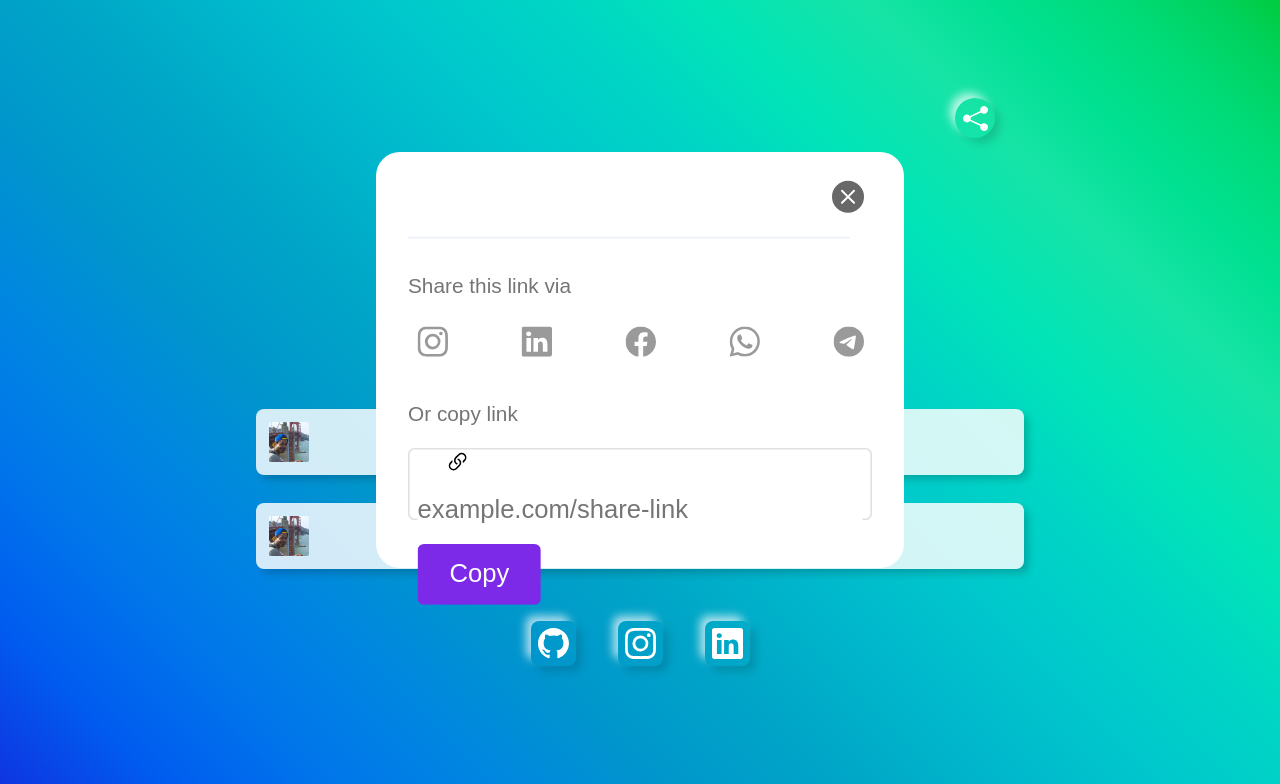
Repository: MateLaDBrouille97/linktree
Page: /
The author's editor kept a copy of each file at every save. The page is drawn from the files as they stood at one save, then again after the next save.
The browser window is 1280 px wide. The pictures show the whole page.
The project was rebuilt for these pictures with package versions that can differ from the ones it lists, and the page was loaded fresh each time. The framework's server and built-in components were replaced by stand-ins that run in the browser. Also part of the build but not shown: next.config.js, styles/Home.module.css, styles/scrollup.css.

Above is the page before, as saved 2023-01-24 02:19:23.

### app/layout.tsx
"use client";

import '@/styles/globals.css'
import '../styles/Home.module.css';
import '../styles/scrollup.css';
import '../styles/home.css';
import '../styles/socials.css';
import '../styles/share.css';
import ScrollDow from '../components/ScrollDow';
import ScrollUp from '../components/scrollup/ScrollUp'

export default function RootLayout({
    children,
  }: {
    children: React.ReactNode;
  }) {
    return (
      <html lang="en">
        <body>{children}</body>
        {/* <ScrollDow/> */}
        {/* <ScrollUp/> */}
      </html>
    );
  }

### app/page.tsx
"use client";

import Image from "next/image";
import data from "data.json";
import image from "../public/ManuelTL2.jpg";
import image1 from "../public/ManuelTL2.jpg";
import { useEffect, useState } from "react";
import Socials from "../components/Socials";
import Share from "@/components/Share";

function LinkCard({
  href,
  title,
  image,
}: {
  href: string;
  title: string;
  image?: string;
}) {
  return (
    <a
      href={href}
      className="flex items-center p-3 w-full rounded-lg hover:scale-105 transition-all bg-gray-100 mb-3 -mt-2 max-w-3xl home__linkcard-box"
    >
      <div className="flex text-center w-full home__linkcard-card">
        <div className="w-10 h-10 home__linkcard-img">
          {image1 && (
            <Image
              className="rounded-sm"
              alt={data.name}
              src={image1}
              width={40}
              height={40}
            />
          )}
        </div>
        <h2 className="flex justify-center items-center font-semibold w-full text-gray-700 -ml-10 home__linkcard-title">
          {title}
        </h2>
      </div>
    </a>
  );
}

export default function Home() {
  /*==================== Toggle Menu ====================== */
  const [toggle, showMenu] = useState(false);
  const [activeNav, setActiveNav] = useState("#home");

  /* +++++++++++++++++++++++++++++++++++++++++++++++++ */
  // const { dbUser, image } = useUserContext();

  // const breakpoints = (width) => {
  //   if (width < 640) {
  //     return "xs";
  //   } else if (width >= 640 && width < 768) {
  //     return "sm";
  //   } else if (width >= 768 && width < 1024) {
  //     return "md";
  //   } else if (width >= 1024) {
  //     return "lg";
  //   }
  // };

  // const [breakpoint, setBreakpoint] = useState(() =>
  //   breakpoints(typeof window !== "undefined" && window.innerWidth)
  // );

  useEffect(() => {
    if (toggle) {
      // const calcInnerWidth = function () {
      //   setBreakpoint(breakpoints(window.innerWidth));
      // };
      // window.addEventListener("resize", calcInnerWidth);
      window.addEventListener("scroll", function () {
        const header = this.document.querySelector(".header");
        //scroll higher than 200 viewport height
        //add scroll header class to a tag with the scroll-top
        if (this.scrollY >= 80) header?.classList.add("scroll-header");
        else header?.classList.remove("scroll-header");
      });
    }
  }, []);

  useEffect(() => {
    showMenu(true);
  }, []);

  return (
    <div className="flex items-center flex-col mx-auto w-full justify-center mt-16 px-8 ">
      <Share/>
      <a
        href="#home"
        onClick={() => setActiveNav("#home")}
        // className={
        //   activeNav === "#home" ? "nav__logo active-link" : "nav__logo"
        // }
      >
        <Image
          className="rounded-full"
          alt={data.name}
          src={image}
          width={96}
          height={96}
        />
      </a>

      <h1 className="font-semibold mt-4 mb-8 text-xl" style={{color:"white"}}>{data.name}</h1>
      <h3 className="home__description" style={{color:"white"}}>{data.small_description}</h3>

      <div className="grid place-items-center w-full mt-2">
        {data.links.map((link) => (
          <LinkCard key={link.href} {...link} />
        ))}
      </div>

      <div className="gap-3 items-center flex mt-10">
        {data?.socials?.map((social) => {
         return(

          <Socials title={social?.title} key={social?.href} />
          )
        })}
      </div>
    </div>
  );
}

### styles/globals.css
@tailwind base;
@tailwind components;
@tailwind utilities;

body{
  height:100vh;
  background-image: linear-gradient(
  45deg,
  hsl(229deg 88% 47%) 0%,
  hsl(217deg 100% 47%) 8%,
  hsl(210deg 100% 46%) 16%,
  hsl(204deg 100% 44%) 24%,
  hsl(196deg 100% 40%) 32%,
  hsl(190deg 100% 39%) 41%,
  hsl(186deg 100% 40%) 49%,
  hsl(181deg 100% 40%) 57%,
  hsl(175deg 100% 42%) 65%,
  hsl(168deg 99% 45%) 72%,
  hsl(162deg 82% 49%) 80%,
  hsl(159deg 100% 44%) 86%,
  hsl(153deg 100% 43%) 92%,
  hsl(146deg 100% 41%) 97%,
  hsl(138deg 100% 40%) 100%
);
}

@import  url('https://api.iconify.design/material-symbols/arrow-upward.svg');

/*=============== GOOGLE FONTS ===============*/
@import url("https://fonts.googleapis.com/css2?family=Poppins:wght@400;500;600&display=swap");

/*=================== NEXT.JS ================*/

html,
body {
  padding: 0;
  margin: 0;
  font-family: -apple-system, BlinkMacSystemFont, Segoe UI, Roboto, Oxygen,
    Ubuntu, Cantarell, Fira Sans, Droid Sans, Helvetica Neue, sans-serif;
}

h1 {
  font-size: 1.75rem;
}




/*=============== VARIABLES CSS ===============*/
:root {
  --header-height: 3rem;

  /*========== Colors ==========*/
  /*Color mode HSL(hue, saturation, lightness)*/
  --hue: 0;
  --sat: 0%;
  --title-color: hsl(var(--hue), var(--sat), 20%);
  --title-color-dark: hsl(var(--hue), var(--sat), 0%);
  --text-color: hsl(var(--hue), var(--sat), 46%);
  --body-color: hsl(var(--hue), var(--sat), 98%);
  --container-color: #fff;

  /*========== Font and typography ==========*/
  --body-font: "Poppins", sans-serif;

  /*.5rem = 8px | 1rem = 16px ...*/
  --big-font-size: 3.5rem;
  --h1-font-size: 2.75rem;
  --h2-font-size: 1.5rem;
  --h3-font-size: 1.25rem;
  --normal-font-size: 1rem;
  --small-font-size: 0.875rem;
  --smaller-font-size: 0.813rem;
  --tiny-font-size: 0.625rem;

  /*========== Font weight ==========*/
  --font-normal: 400;
  --font-medium: 500;
  --font-semi-bold: 600;

  /*========== Margenes Bottom ==========*/
  /*.5rem = 8px | 1rem = 16px ...*/
  --mb-0-25: 0.25rem;
  --mb-0-5: 0.5rem;
  --mb-0-75: 0.75rem;
  --mb-1: 1rem;
  --mb-1-5: 1.5rem;
  --mb-2: 2rem;
  --mb-2-5: 2.5rem;
  --mb-3: 3rem;

  /*========== z index ==========*/
  --z-tooltip: 10;
  --z-fixed: 100;
  --z-modal: 1000;
}

/* Responsive typography */
@media screen and (max-width: 992px) {
  :root {
    --big-font-size: 2.75rem;
    --h1-font-size: 1.5rem;
    --h2-font-size: 1.25rem;
    --h3-font-size: 1rem;
    --normal-font-size: 0.938rem;
    --small-font-size: 0.813rem;
    --smaller-font-size: 0.75rem;
  }
}

/*=============== BASE ===============*/
* {
  margin: 0;
  padding: 0;
  box-sizing: border-box;
}

html {
  scroll-behavior: smooth;
}

body,
button,
input,
textarea {
  font-family: var(--body-font);
  font-size: var(--normal-font-size);
}

body {
  background-color: var(--body-color);
  color: var(--text-color);
}

h1,
h2,
h3 {
  color: var(--title-color);
  font-weight: var(--font-semi-bold);
}

ul {
  list-style: none;
}

a {
  text-decoration: none;
}

button {
  cursor: pointer;
  border: none;
  outline: none;
}

img {
  max-width: 100%;
  height: auto;
}

/*=============== REUSABLE CSS CLASSES ===============*/
.section {
  padding: 6rem 0 2rem;
}

.section__title {
  font-size: var(--h1-font-size);
  color: var(--title-color);
}

.section__subtitle {
  display: block;
  font-size: var(--normal-font-size);
  margin-bottom: 4rem;
}

.section__title,
.section__subtitle {
  text-align: center;
}

/*=============== LAYOUT ===============*/
.container {
  max-width: 968px;
  margin-left: auto;
  margin-right: auto;
}

.grid {
  display: grid;
  gap: 1.5rem;
}

/*=============== BUTTONS ===============*/
.button {
  display: inline-block;
  background-color:rgb(100, 189, 140);
  color: var(--container-color);
  padding: 1.25rem 2rem;
  border-radius: 1rem;
  font-weight: var(--font-medium);
}

.button:hover {
  background-color: rgb(81, 209, 138);
  color: var(--container-color);
}

.button__icon {
  margin-left: var(--mb-0-5);
}

.button--flex {
  display: inline-flex;
  align-items: center;

}




/*=============== BREAKPOINTS ===============*/
/* For large devices */
@media screen and (max-width: 992px) {
  .container {
    margin-left: var(--mb-1-5);
    margin-right: var(--mb-1-5);
  }

  .button {
    padding: 1rem 1.75rem;
  }

  .button__icon {
    width: 22px;
    height: 22px;
  }
}

/* For medium devices */
@media screen and (max-width: 768px) {
  body {
    margin: 0 0 var(--header-height) 0;
  }

  .section {
    padding: 2rem 0 4rem;
  }

  .section__subtitle {
    margin-bottom: var(--mb-3);
  }
}

@media screen and (max-width: 576px) {

}

/* For small devices */
@media screen and (max-width: 350px) {
  :root {
    --big-font-size: 2.25rem;
  }

  .container {
    margin-left: var(--mb-1);
    margin-right: var(--mb-1);
  }
}

### styles/home.css
.home__container{
    row-gap: 7rem;
}

.home__content{
    grid-template-columns: 116px repeat(2, 1fr);
    padding-top: 5.5rem;
    column-gap: 2rem;
    align-items: center;
}

.home__social{
    display:grid;
    grid-template-columns: max-content;
    row-gap: 1rem;
}

.home__social-icon{
    font-size:1.25rem;
    color: var(--title-color);
}

.home__social-icon:hover{
    color:rgb(165, 30, 75);
}



.home__social-icon:hover{
    color: var(--title-color-dark);
}

.home__title{
    font-size:var(--h1-font-size);
    margin-bottom:var(--mb-0-25);
}

.home__hand{
    width: 38px;
    height: 38px;
    margin-left: 0.4rem;
}

.home__subtitle{
    position: relative;
    font-size:var(--h3-font-size);
    padding-left: 5.4rem;
    font-weight: var(--font-normal);
    margin-bottom: var(--mb-1);
}

.home__subtitle::before{
    content:'';
    position:absolute;
    width: 70px;
    height:1px;
    background-color:var(--text-color);
    left:0;
    top:1rem;
}

.home__description{
    max-width:400px;
    margin-bottom: var(--mb-3);
    line-height: 1.7;
}

.home__linkcard-box{
    background-color: rgba(255, 255, 255, 0.829);
    border-color: whitesmoke;
    border-width: 3px;
    transition: transform 0.5s;
    box-shadow: 5px 5px 9px -1px rgba(0,0,0,0.2);

    border: 1px solid rgba(0,0,0,0);
    transition: transform 0.5s;
}

.home__linkcard-box:hover{
    box-shadow: 10px 10px 0px -1px rgba(0,0,0,0.15),
                1px 1px 0.5px  rgba(0,0,0,0.15),
                0px -12px 10px -10px  rgba(0,0,0,0.05);
     border: 1px solid   rgba(0,0,0,0.1);
    /* transform:translateY(-2px)  ;    */
}

.home__linkcard-box::after{
    transition: transform 0.5s;
}

.home__linkcard-box:hover::after .home__linkcard-title {
    transition: transform 0.7s;
}

.home__linkcard-box:hover::after .home__linkcard-img {
    transition: transform 0.7s;
}

.home__linkcard-box:hover .home__linkcard-title{
    transform:scale(1.05);
    transition: transform 0.5s;
}

.home__linkcard-box:hover .home__linkcard-img{
    transform:scale(1.15);
    transition: transform 0.5s;
}




.home__img{
/* background: url(../../assets/Mur.jpg); */
background-repeat: no-repeat;
background-position: center;
background-size: cover;
box-shadow: inset 0 0 0 9px rgb(255 255 255/30%);
order: 1;
justify-self: center;
width:375px ;
height: 350px;
animation: profile__animate 8s ease-in-out infinite 1s;
}

@keyframes profile__animate {
    0%{
        border-radius: 60% 40% 30% 70%/60% 30% 70% 40%;
    }

    50%{
        border-radius: 30% 60% 70% 40%/50% 60% 30% 60%;
    }

    100%{
        border-radius: 60% 40% 30% 70%/60% 30% 70% 40%;
    }
}

.home__scroll{
    position:fixed;
    left: 2.5rem;
    bottom: 3rem;
    /* opacity:0.8; */
    padding:0.3rem 0.5rem;
    border-radius:0.4rem;
    z-index: var(--z-tooltip);
    transition: .4s;
}


.wheel {
    animation: scroll 2s ease infinite;
}

@keyframes scroll{
    0% {
        transform: translateY(0);
    }
    30% {
        transform: translateY(3.7rem);
    }

}


.home__scroll-name{
    color: rgba(255, 255, 255, 0.829);
    font-weight: var(--font-medium);
    margin-right: var(--mb-0-25);
    margin-left: 2px;
}

.home__scroll-arrow{
    font-size: 1.25rem;
    color: rgba(255, 255, 255, 0.829);
}


/*=============== BREAKPOINTS ===============*/
/* For large devices */
@media screen and (max-width: 992px) {
    .home__content{
        grid-template-columns: 100px repeat(2, 1fr);
        column-gap: 1.25rem;

    }

    .home__hand{
        width:26px;
        height:26px;
    }

    .home__subtitle{
        padding-left: 3.75rem;
        margin-bottom: var(--mb-1);

    }

    .home__subtitle::before {
        width:42px;
        top:0.8rem;
    }

    .home__description{
        max-width: initial;
        margin-bottom: var(--mb-2-5);
    }

    .home__img{
        width:250px;
        height:250px;
        box-shadow:inset 0 0 0 8px rgb(255 255 255/30%)
    }

    .home__scroll{
        margin-left: 7.5rem;
    }



  }

  /* For medium devices */
  @media screen and (max-width: 768px) {
    .home__content{
        grid-template-columns: 0.5fr 3fr;
        padding-top: 3.5rem;
    }

    .home__img{
        order:initial;/* ordre d'apparition de l'element*/
        justify-self: initial;
        box-shadow: inset 0 0 0 9px rgb(255 255 255/30%);
        width:200px;
        height: 200px;
    }

    .home__data{
        grid-column:1/3;
    }

    .home__scroll{
        display:none;
    }


  }



  /* For small devices */
  @media screen and (max-width: 350px) {


    .home__img{

        width:180px ;
        height: 180px;
    }

    .home__hand{
        width:22px;
        height:22px;
    }


  }

### styles/socials.css
/* .social__link{
    color: var(--container-color);
    font-size: 1.125rem;
    padding: 0.4rem;
    border-radius:1.5rem;
    display: inline-flex;
} */
/*
.social__link:hover{
    background-color:rgba(44, 203, 224, 0.986);
} */

.social__link{
    display:flex;
    /* background-color: var(--container-color); */
    color: var(--container-color);
    height: 45px;
    width: 45px;
    margin: 0 15px;
    border-radius: 8px;
    align-items: center;
    justify-content:center;
    text-decoration: none;
    box-shadow: 6px 6px 10px -1px rgba(0,0,0,0.15),
                -6px -6px 10px -1px rgba(255,255,255,0.7);
    border: 1px solid   rgba(0,0,0,0);
    transition: transform 0.5s;
}

a svg {
    font-size: 38px;
    color: white;
    transition: transform 0.5s;
}


.social__link:hover{
    background-color: rgba(255, 255, 255, 0.829);
    box-shadow: inset 4px 4px 6px -1px rgba(0,0,0,0.2),
                inset -4px -4px 6px -1px rgba(255,255,255,0.7),
                -0.5px -0.5px 0px  rgba(255,255,255,1),
                0.5px 0.5px 0px  rgba(0,0,0,0.15),
                0px -12px 10px -10px  rgba(0,0,0,0.05);
    border: 1px solid   rgba(0,0,0,0.1);
    transform:translateY(2px)  ;
}


a:hover svg{
    transform: scale(1.10);
    fill: black;
    transition: transform 0.5s;
}

a:hover .bi-linkedin{
    fill:rgb(18, 83, 203) ;
    transform:scale(1.10);
    transition: transform 0.5s;
}

a:hover .bi-instagram{
    fill:#e64771;
    transform:scale(1.10);
    transition: transform 0.5s;
}

a:hover .bi-facebook{
    fill:#1b12d3;
    transform:scale(1.10);
    transition: transform 0.5s;
}

a:hover .bi-whatsapp{
    fill:#47e671;
    transform:scale(1.10);
    transition: transform 0.5s;
}


a:hover .bi-telegram{
    fill:#61cbe8;
    transform:scale(1.10);
    transition: transform 0.5s;
}


/*=============== BREAKPOINTS ===============*/
/* For large devices */
@media screen and (max-width: 992px) {


    .social__link:hover{

        box-shadow: inset 4px 4px 6px -1px rgba(0,0,0,0.2),
                    inset -4px -4px 6px -1px rgba(255,255,255,0.7),
                    -0.5px -0.5px 0px  rgba(255,255,255,1),
                    0.5px 0.5px 0px  rgba(0,0,0,0.15),
                    0px -12px 10px -10px  rgba(0,0,0,0.05);
        border: 1px solid   rgba(0,0,0,0.1);
        transform:translateY(2px)  ;
    }




  }

  /* For medium devices */
  @media screen and (max-width: 768px) {




  }



  /* For small devices */
  @media screen and (max-width: 350px) {





  }

### styles/share.css
/*          Share   Items  */

.share-link {
  display: flex;
  color: var(--container-color);
  height: 45px;
  width: 45px;
  margin: 0 15px;
  border-radius: 22px;
  align-items: center;
  justify-content: center;
  text-decoration: none;
  box-shadow: 6px 6px 10px -1px rgba(0, 0, 0, 0.15),
    -6px -6px 10px -1px rgba(255, 255, 255, 0.7);
  border: 1px solid rgba(0, 0, 0, 0);
  transition: transform 0.5s;
}

.share-link:hover {
  background-color: rgba(255, 255, 255, 0.829);
  box-shadow: inset 4px 4px 6px -1px rgba(0, 0, 0, 0.2),
    inset -4px -4px 6px -1px rgba(255, 255, 255, 0.7),
    -0.5px -0.5px 0px rgba(255, 255, 255, 1),
    0.5px 0.5px 0px rgba(0, 0, 0, 0.15),
    0px -12px 10px -10px rgba(0, 0, 0, 0.05);
  border: 1px solid rgba(0, 0, 0, 0.1);
  transform: translateY(2px);
}

/* .share-link .bi-share-fill{
    fill: white;
} */

.share-link:hover .bi-share-fill {
  fill: black;
  transform: scale(1.1);
  transition: transform 0.5s;
}

header {
  width: 95%;
  max-width: 788px;
  display: flex;
  justify-content: flex-end;
  padding: 12px;
  margin-top: 5px;
}

.share-button {
  width: 40px;
  height: 40px;
  border-radius: 20px;
  color: var(--container-color);
}

.share {
  width: 95%;
  max-width: 788px;
  display: flex;
  justify-content: flex-end;
  padding: 12px;
  margin-top: 5px;
  z-index: 10;
}

.modal-share {
  position: absolute;
  height: 260px;
  width: 330px;
  top: 50%;
  left: 50%;
  transform: translate(-50%, -50%) scale(1.6);
  background: var(--container-color);
  padding: 20px;
  border-radius: 15px;
  max-width: 330px;
  width: 60%;
}

.modal-share :is(header) {
  display: flex;
  align-items: center;

}

.modal-share :is( .icons) {
    display: flex;
    align-items: center;
    justify-content: space-between;
  }


.modal-share header {
  padding-bottom: 15px;
  border-bottom: 1px solid #ebedf9;
}

header .close .icons a {
  display: flex;
  align-items: center;
  justify-content: center;
  border-radius: 50%;
}

header .close {
  height: 33px;
  width: 33px;
  background: var(--container-color);
  cursor: pointer;
}

/* .modal-title {
  font-size: 19px;
  font-weight: 500;
} */

.modal-share .content {
  margin: 20px 0;
}

.content p {
  font-size: 13px;
}

.content .icons {
  margin: 10px 0 20px 0;
}

.close{
    display: flex;
    justify-content: flex-end;
}

.close .bi-x{
  border-radius: 15px;
  background-color:#696868;
  margin-right: -21px;
  margin-top: -19px;

}

.icons a {
  height: 30px;
  width: 30px;
  border: 0.5px solid transparent;
  text-decoration: none;
  display: flex;
  justify-content: center;
  align-items: center;
}

.icons svg {
    fill: #40404086
}


.icons a:hover{
    color:#fff;
    border-color: transparent;

}

.icons a i{
    transition:all 0.3s ease-in-out;
}

.icons a:hover i{
    transform:scale(1.2);
}

.content .field{
    margin:12px 0 -5px 0;
    height:45px;
    border: 1px solid #e1e1e1;
    border-radius: 4px;
    padding: 0 5px;
}

.field svg{
    width: 50px;
    text-align: center;
    font-size: 18px;
}

.field input{
    border: none;
    outline: none;
    height: 100%;
    width: 100%;
}

.field button{
    padding:5px 18px;
    border: 2px solid transparent;
    color :#fff;
    background: #7d2ae8;
    border-radius:4px;
    cursor:pointer;
    font-weight: 500;
}

### components/Socials.tsx
function GitHubIcon() {
  return (
    <a href="https://github.com/LuckyMate97" className="social__link">
      <svg xmlns="http://www.w3.org/2000/svg" width="31" height="31" fill="white" className="bi bi-github" viewBox="0 0 16 16"> <path d="M8 0C3.58 0 0 3.58 0 8c0 3.54 2.29 6.53 5.47 7.59.4.07.55-.17.55-.38 0-.19-.01-.82-.01-1.49-2.01.37-2.53-.49-2.69-.94-.09-.23-.48-.94-.82-1.13-.28-.15-.68-.52-.01-.53.63-.01 1.08.58 1.23.82.72 1.21 1.87.87 2.33.66.07-.52.28-.87.51-1.07-1.78-.2-3.64-.89-3.64-3.95 0-.87.31-1.59.82-2.15-.08-.2-.36-1.02.08-2.12 0 0 .67-.21 2.2.82.64-.18 1.32-.27 2-.27.68 0 1.36.09 2 .27 1.53-1.04 2.2-.82 2.2-.82.44 1.1.16 1.92.08 2.12.51.56.82 1.27.82 2.15 0 3.07-1.87 3.75-3.65 3.95.29.25.54.73.54 1.48 0 1.07-.01 1.93-.01 2.2 0 .21.15.46.55.38A8.012 8.012 0 0 0 16 8c0-4.42-3.58-8-8-8z"/> </svg>
    </a>
  );
}

function InstagramIcon() {
  return (
    <a href="https://www.instagram.com/oto.mata33/" className="social__link">
      <svg xmlns="http://www.w3.org/2000/svg" width="31" height="31" fill="white" className="bi bi-instagram" viewBox="0 0 16 16"> <path d="M8 0C5.829 0 5.556.01 4.703.048 3.85.088 3.269.222 2.76.42a3.917 3.917 0 0 0-1.417.923A3.927 3.927 0 0 0 .42 2.76C.222 3.268.087 3.85.048 4.7.01 5.555 0 5.827 0 8.001c0 2.172.01 2.444.048 3.297.04.852.174 1.433.372 1.942.205.526.478.972.923 1.417.444.445.89.719 1.416.923.51.198 1.09.333 1.942.372C5.555 15.99 5.827 16 8 16s2.444-.01 3.298-.048c.851-.04 1.434-.174 1.943-.372a3.916 3.916 0 0 0 1.416-.923c.445-.445.718-.891.923-1.417.197-.509.332-1.09.372-1.942C15.99 10.445 16 10.173 16 8s-.01-2.445-.048-3.299c-.04-.851-.175-1.433-.372-1.941a3.926 3.926 0 0 0-.923-1.417A3.911 3.911 0 0 0 13.24.42c-.51-.198-1.092-.333-1.943-.372C10.443.01 10.172 0 7.998 0h.003zm-.717 1.442h.718c2.136 0 2.389.007 3.232.046.78.035 1.204.166 1.486.275.373.145.64.319.92.599.28.28.453.546.598.92.11.281.24.705.275 1.485.039.843.047 1.096.047 3.231s-.008 2.389-.047 3.232c-.035.78-.166 1.203-.275 1.485a2.47 2.47 0 0 1-.599.919c-.28.28-.546.453-.92.598-.28.11-.704.24-1.485.276-.843.038-1.096.047-3.232.047s-2.39-.009-3.233-.047c-.78-.036-1.203-.166-1.485-.276a2.478 2.478 0 0 1-.92-.598 2.48 2.48 0 0 1-.6-.92c-.109-.281-.24-.705-.275-1.485-.038-.843-.046-1.096-.046-3.233 0-2.136.008-2.388.046-3.231.036-.78.166-1.204.276-1.486.145-.373.319-.64.599-.92.28-.28.546-.453.92-.598.282-.11.705-.24 1.485-.276.738-.034 1.024-.044 2.515-.045v.002zm4.988 1.328a.96.96 0 1 0 0 1.92.96.96 0 0 0 0-1.92zm-4.27 1.122a4.109 4.109 0 1 0 0 8.217 4.109 4.109 0 0 0 0-8.217zm0 1.441a2.667 2.667 0 1 1 0 5.334 2.667 2.667 0 0 1 0-5.334z"/> </svg>
    </a>
  );
}

function LinkedInIcon() {
  return (
    <a href="https://ca.linkedin.com/" className="social__link">
      <svg xmlns="http://www.w3.org/2000/svg" width="31" height="31" fill="white" className="bi bi-linkedin" viewBox="0 0 16 16"> <path d="M0 1.146C0 .513.526 0 1.175 0h13.65C15.474 0 16 .513 16 1.146v13.708c0 .633-.526 1.146-1.175 1.146H1.175C.526 16 0 15.487 0 14.854V1.146zm4.943 12.248V6.169H2.542v7.225h2.401zm-1.2-8.212c.837 0 1.358-.554 1.358-1.248-.015-.709-.52-1.248-1.342-1.248-.822 0-1.359.54-1.359 1.248 0 .694.521 1.248 1.327 1.248h.016zm4.908 8.212V9.359c0-.216.016-.432.08-.586.173-.431.568-.878 1.232-.878.869 0 1.216.662 1.216 1.634v3.865h2.401V9.25c0-2.22-1.184-3.252-2.764-3.252-1.274 0-1.845.7-2.165 1.193v.025h-.016a5.54 5.54 0 0 1 .016-.025V6.169h-2.4c.03.678 0 7.225 0 7.225h2.4z"/> </svg>
    </a>
  );
}

function Socials({ title }:{title?:string;}) {
  if (title == "Instagram") {
    return <InstagramIcon  />;
  }
  if (title == "Github") {
    return <GitHubIcon  />;
  }
  if (title == "LinkedIn") {
    return <LinkedInIcon  />;
  }
}

export default Socials;

Loaded but not shown: data.json (35 lines, source omitted); tailwind.config.js (13 lines, source omitted); components/Share.tsx (127 lines, source omitted)

After the next save:
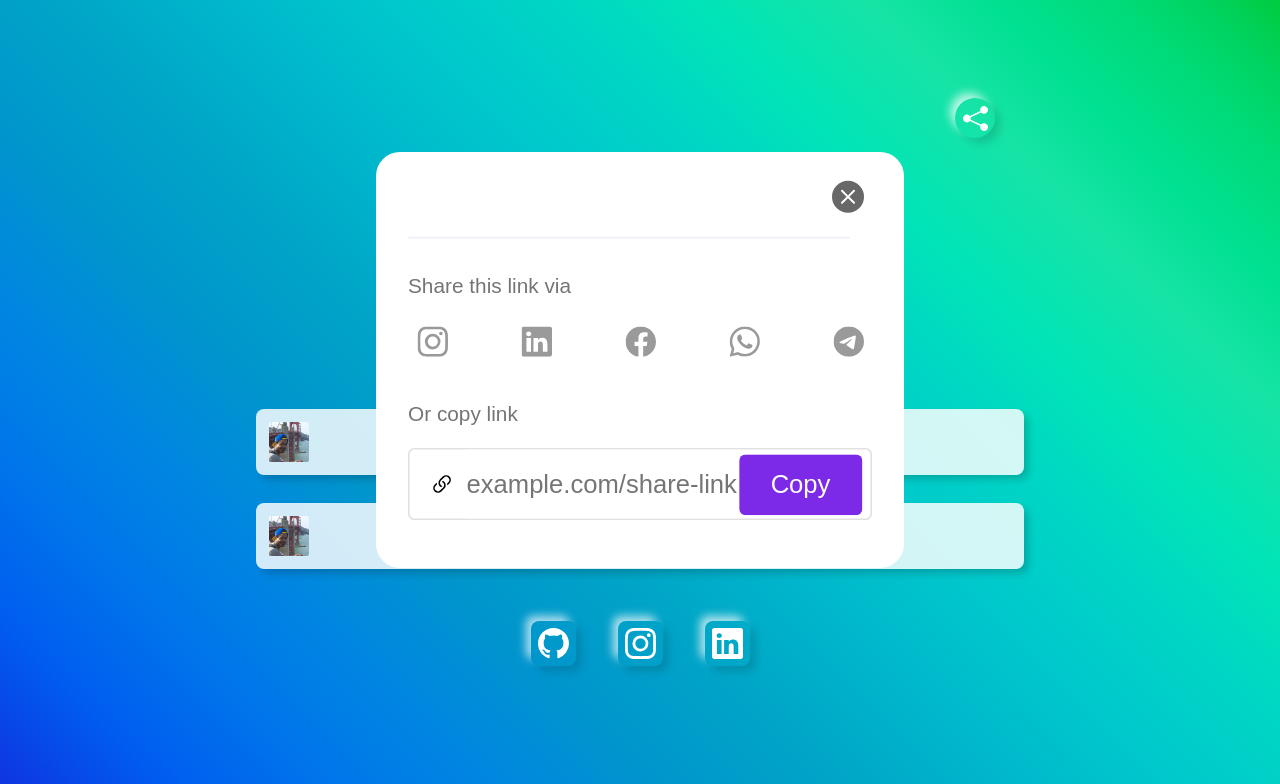
Saved 30 s later.
--- a/styles/share.css
+++ b/styles/share.css
@@ -83,7 +83,7 @@ header {
 
 }
 
-.modal-share :is( .icons) {
+.modal-share :is( .icons,.field) {
     display: flex;
     align-items: center;
     justify-content: space-between;
